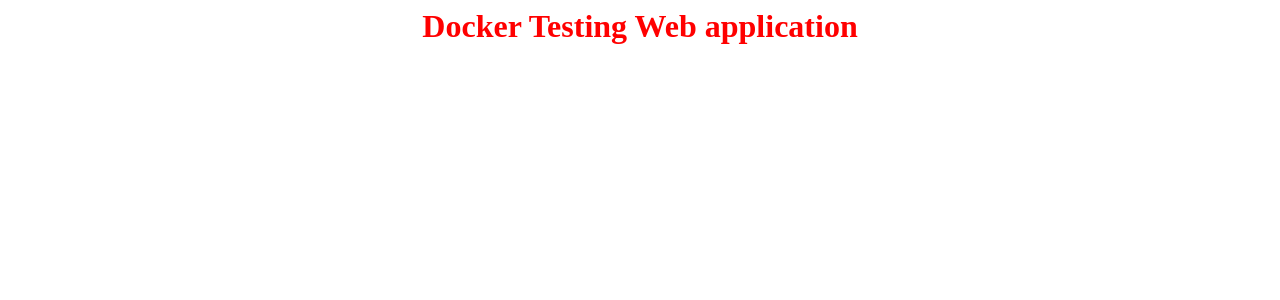
Repository: shailaja9p/Docker-webapp1
Page: http://localhost/Docker-webapp/
The author's editor kept a copy of each file at every save. The page is drawn from the files as they stood at one save, then again after the next save.
The browser window is 1280 px wide. The pictures show the whole page.
The page is served by Tomcat 10.

Above is the page before, as saved 2024-07-19 12:21:59.

After the next save:
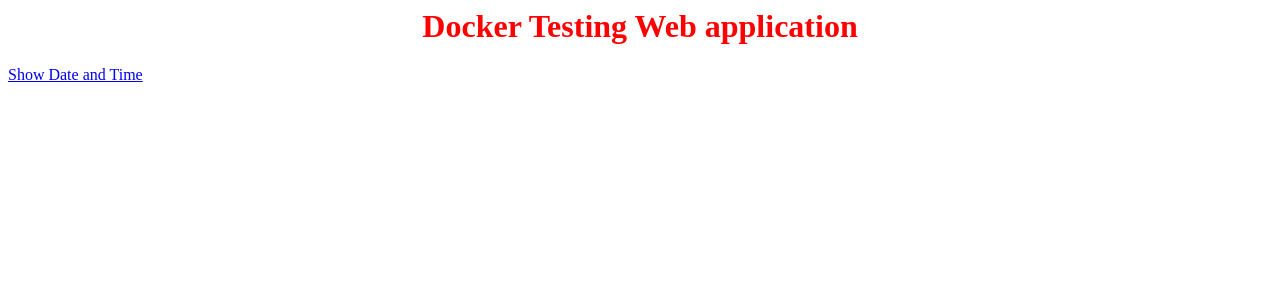
Saved 42 s later.
--- a/Docker-webapp/src/main/webapp/index.jsp
+++ b/Docker-webapp/src/main/webapp/index.jsp
@@ -1 +1,5 @@
-<h1 style="color:red;text-align:center">Docker Testing Web application</h1>
+<h1 style="color:red;text-align:center">
+Docker Testing Web application
+</h1>
+
+<a href="dateurl">Show Date and Time</a>
